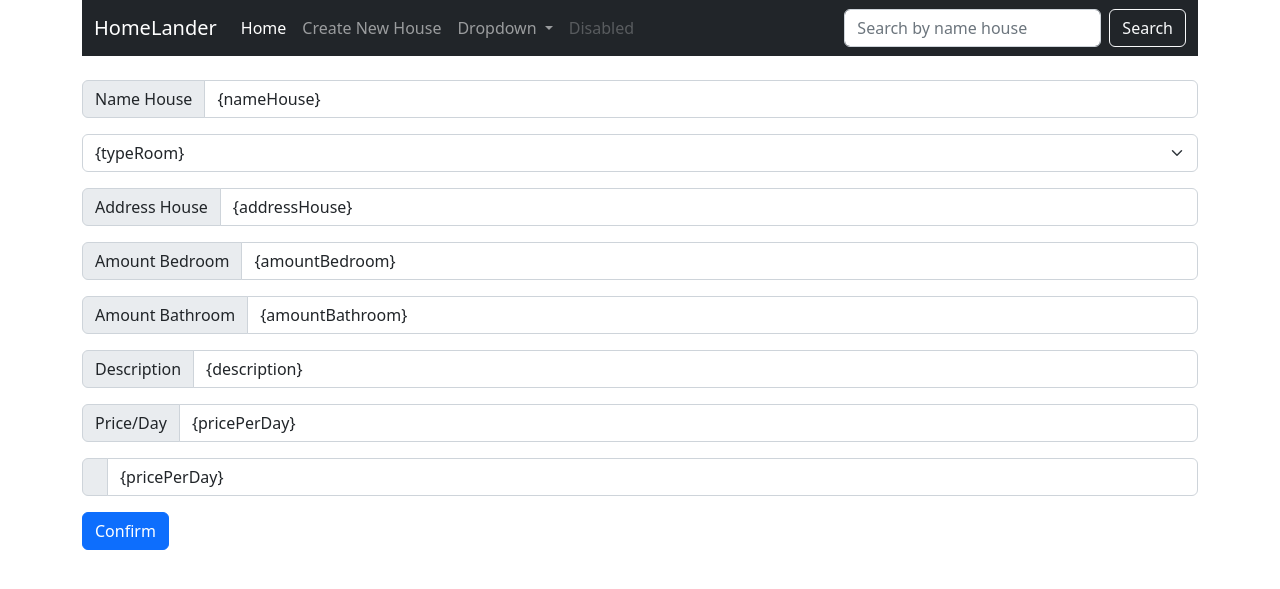
Repository: nguyenhung50497/MD3_caseStudy
Page: src/views/editHouse.html
An editor plug-in stored every save of this project. The page is shown before and after a run of saves, followed by the edit.
The browser window is 1280 px wide. The pictures show the whole page.

Above is the page before, as saved 2023-01-03 10:57:04.

### src/views/editHouse.html
<!doctype html>
<html lang="en">
  <head>
    <meta charset="utf-8">
    <meta name="viewport" content="width=device-width, initial-scale=1">
    <title>Home</title>
    <link href="https://cdn.jsdelivr.net/npm/bootstrap@5.2.3/dist/css/bootstrap.min.css" rel="stylesheet" integrity="sha384-rbsA2VBKQhggwzxH7pPCaAqO46MgnOM80zW1RWuH61DGLwZJEdK2Kadq2F9CUG65" crossorigin="anonymous">
  </head>
  <body>
    <div class="container" style="width: 90%;">
      <nav class="navbar navbar-dark bg-dark navbar-expand-lg">
        <div class="container-fluid">
          <a class="navbar-brand" href="/home">HomeLander</a>
          <button class="navbar-toggler" type="button" data-bs-toggle="collapse" data-bs-target="#navbarSupportedContent" aria-controls="navbarSupportedContent" aria-expanded="false" aria-label="Toggle navigation">
            <span class="navbar-toggler-icon"></span>
          </button>
          <div class="collapse navbar-collapse" id="navbarSupportedContent">
            <ul class="navbar-nav me-auto mb-2 mb-lg-0">
              <li class="nav-item">
                <a class="nav-link active" aria-current="page" href="/home">Home</a>
              </li>
              <li class="nav-item">
                <a class="nav-link" href="/house/create">Create New House</a>
              </li>
              <li class="nav-item dropdown">
                <a class="nav-link dropdown-toggle" href="#" role="button" data-bs-toggle="dropdown" aria-expanded="false">
                  Dropdown
                </a>
                <ul class="dropdown-menu">
                  <li><a class="dropdown-item" href="#">Action</a></li>
                  <li><a class="dropdown-item" href="#">Another action</a></li>
                  <li><hr class="dropdown-divider"></li>
                  <li><a class="dropdown-item" href="#">Something else here</a></li>
                </ul>
              </li>
              <li class="nav-item">
                <a class="nav-link disabled">Disabled</a>
              </li>
            </ul>
            <form class="d-flex" role="search" method="post">
              <input class="form-control me-2" name="search" type="search" placeholder="Search by name house" aria-label="Search">
              <button class="btn btn-outline-light" type="submit">Search</button>
            </form>
          </div>
        </div>
      </nav>
      <br>
      <form action="" method="post">
        <div class="input-group mb-3">
          <span class="input-group-text" id="inputGroup-sizing-default">Name House</span>
          <input type="text" name="nameHouse" value="{nameHouse}" class="form-control" aria-label="Sizing example input" aria-describedby="inputGroup-sizing-default">
        </div>
        <div class="input-group mb-3">
          <select class="form-select" name="typeRoom" aria-label="Default select example">
            <option selected>{typeRoom}</option>
            <option value="Phòng đơn">Phòng đơn</option>
            <option value="Phòng đôi">Phòng đôi</option>
            <option value="Phòng VIP">Phòng VIP</option>
            <option value="Phòng Luxury">Phòng Luxury</option>
            <option value="Phòng Tổng Thống">Phòng Tổng Thống</option>
          </select>
        </div>
        <div class="input-group mb-3">
            <span class="input-group-text" id="inputGroup-sizing-default">Address House</span>
            <input type="text" name="addressHouse" value="{addressHouse}" class="form-control" aria-label="Sizing example input" aria-describedby="inputGroup-sizing-default">
        </div>
        <div class="input-group mb-3">
            <span class="input-group-text" id="inputGroup-sizing-default">Amount Bedroom</span>
            <input type="text" name="amountBedroom" value="{amountBedroom}" class="form-control" aria-label="Sizing example input" aria-describedby="inputGroup-sizing-default">
        </div>
        <div class="input-group mb-3">
            <span class="input-group-text" id="inputGroup-sizing-default">Amount Bathroom</span>
            <input type="text" name="amountBathroom" value="{amountBathroom}" class="form-control" aria-label="Sizing example input" aria-describedby="inputGroup-sizing-default">
        </div>
        <div class="input-group mb-3">
            <span class="input-group-text" id="inputGroup-sizing-default">Description</span>
            <input type="text" name="description" value="{description}" class="form-control" aria-label="Sizing example input" aria-describedby="inputGroup-sizing-default">
          </div>
        <div class="input-group mb-3">
          <span class="input-group-text" id="inputGroup-sizing-default">Price/Day</span>
          <input type="text" name="pricePerDay" value="{pricePerDay}" class="form-control" aria-label="Sizing example input" aria-describedby="inputGroup-sizing-default">
        </div>
        <div class="input-group mb-3">
          <span class="input-group-text" id="inputGroup-sizing-default"></span>
          <input type="text" name="pricePerDay" value="{pricePerDay}" class="form-control" aria-label="Sizing example input" aria-describedby="inputGroup-sizing-default">
        </div>
        <button type="button" class="btn btn-primary" data-bs-toggle="modal" data-bs-target="#updateImage">Confirm</button>
        <div class="modal fade" id="updateImage" data-bs-backdrop="static" data-bs-keyboard="false" tabindex="-1" aria-labelledby="staticBackdropLabel" aria-hidden="true">
          <div class="modal-dialog">
            <div class="modal-content">
              <div class="modal-header">
                <h1 class="modal-title fs-5" id="staticBackdropLabel">Update Image</h1>
                <button type="button" class="btn-close" data-bs-dismiss="modal" aria-label="Close"></button>
              </div>
              <div class="modal-body">
                Do you want to update the image?
              </div>
              <div class="modal-footer">
                <button type="submit" class="btn btn-secondary" data-bs-dismiss="modal">No</button>
                <a href="/house/upload/{id}"><button type="button" class="btn btn-primary">Yes</button></a>
              </div>
            </div>
          </div>
        </div>
      </form>
    </div>
    <script src="https://cdn.jsdelivr.net/npm/bootstrap@5.2.3/dist/js/bootstrap.bundle.min.js" integrity="sha384-kenU1KFdBIe4zVF0s0G1M5b4hcpxyD9F7jL+jjXkk+Q2h455rYXK/7HAuoJl+0I4" crossorigin="anonymous"></script>
  </body>
</html>

After the next 2 saves:
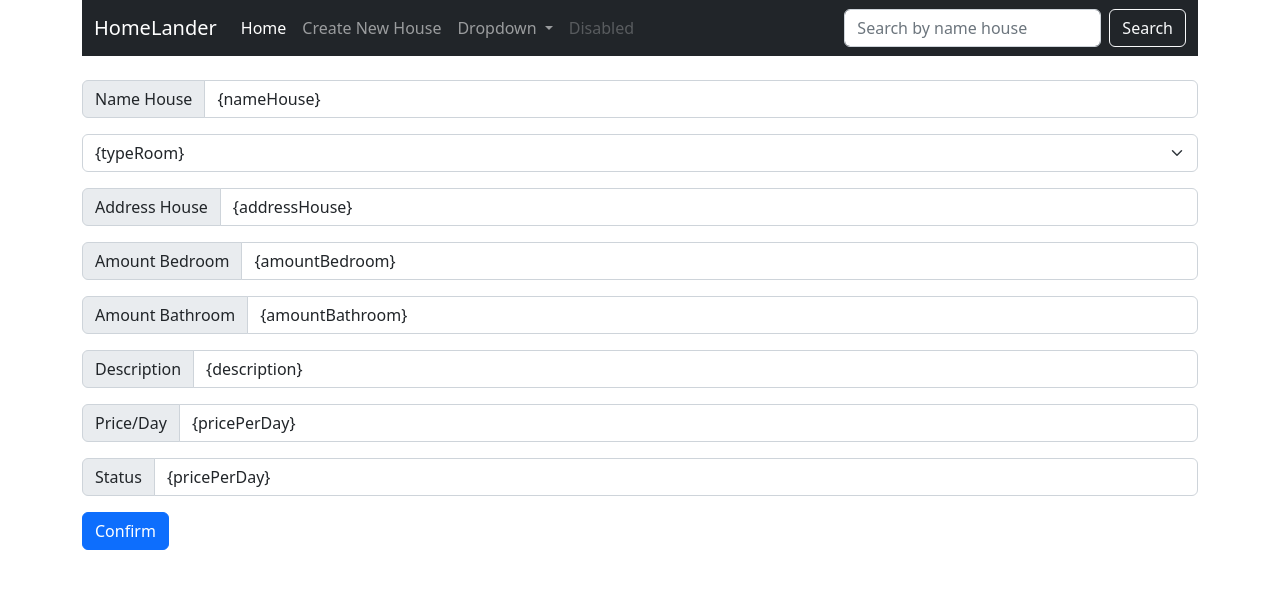
The 2 saves are shown as one change because they came seconds apart.
The last was saved 13 s later.
--- a/src/views/editHouse.html
+++ b/src/views/editHouse.html
@@ -81,7 +81,7 @@
           <input type="text" name="pricePerDay" value="{pricePerDay}" class="form-control" aria-label="Sizing example input" aria-describedby="inputGroup-sizing-default">
         </div>
         <div class="input-group mb-3">
-          <span class="input-group-text" id="inputGroup-sizing-default"></span>
+          <span class="input-group-text" id="inputGroup-sizing-default">Status</span>
           <input type="text" name="pricePerDay" value="{pricePerDay}" class="form-control" aria-label="Sizing example input" aria-describedby="inputGroup-sizing-default">
         </div>
         <button type="button" class="btn btn-primary" data-bs-toggle="modal" data-bs-target="#updateImage">Confirm</button>
